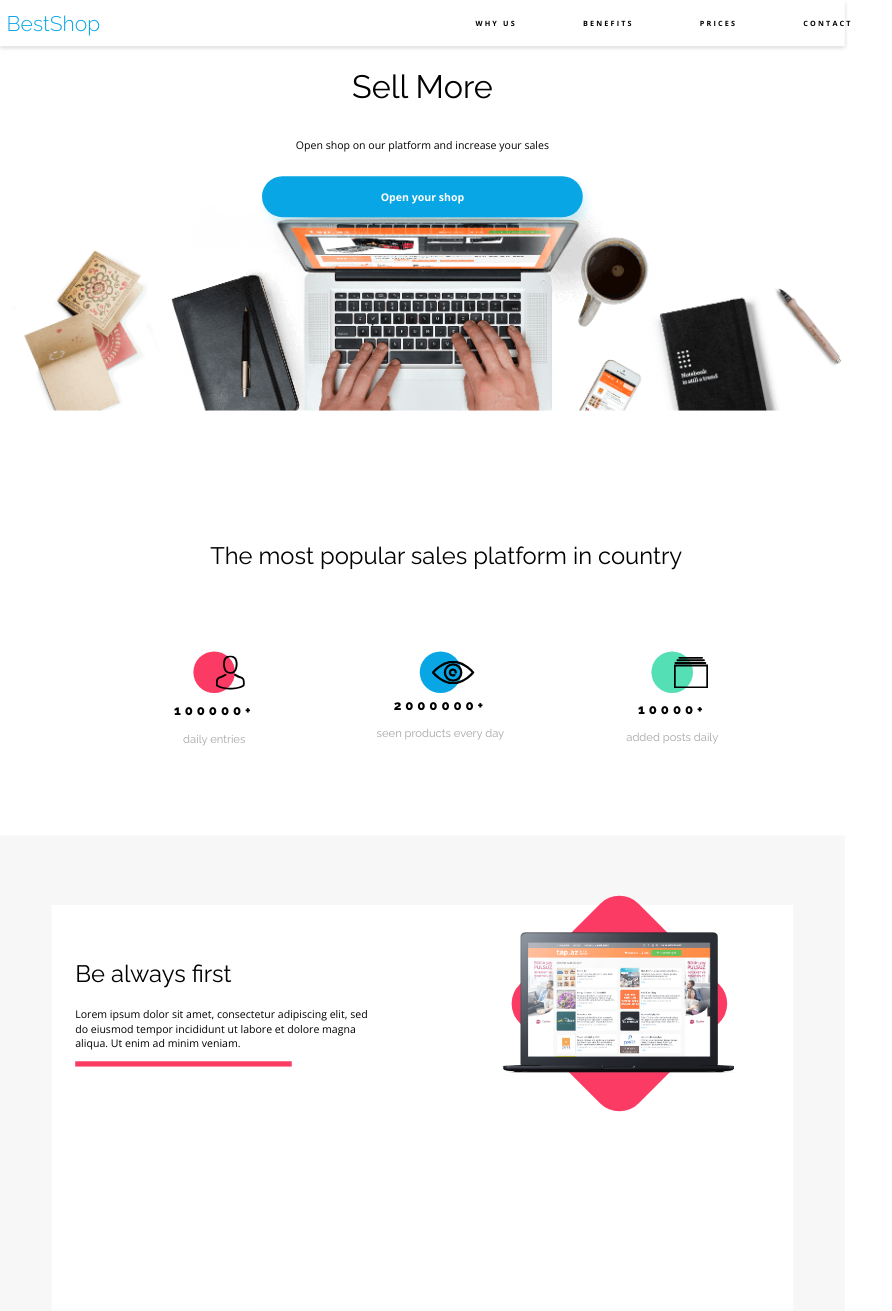
Repository: Widzisz/bestshop-website
Page: index.html
These files come from the project's save history. The page is drawn as it stood at one moment and after the next save; the edit follows.
The browser window is 1280 px wide. The page is 1352 px wide, so the pictures cover 1352 px, including what lies to the right of the window. The pictures show the whole page, at 66% of full size.

Above is the page before, as saved 2021-03-19 21:26:41.

After the next save:
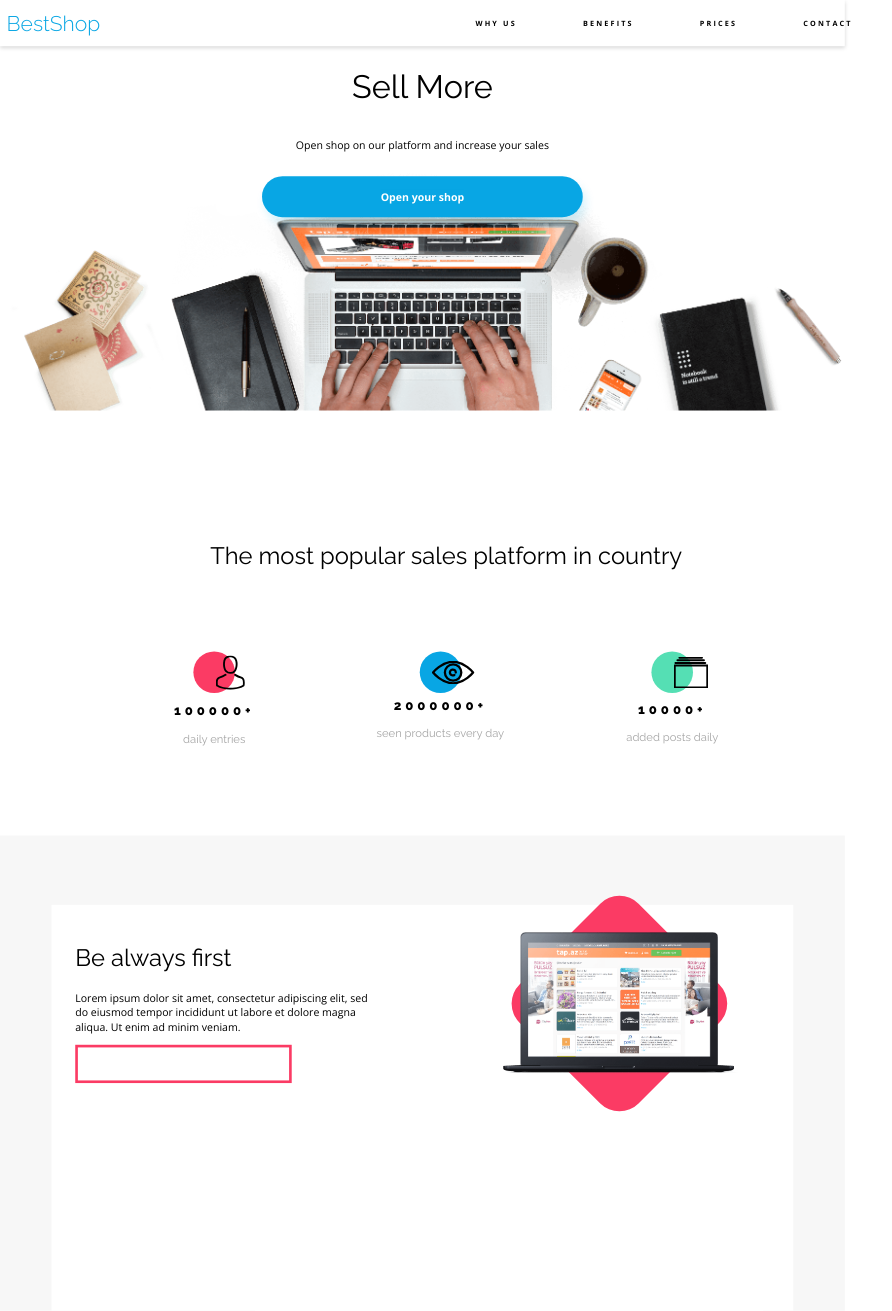
Saved 24 s later.
--- a/css/style.css
+++ b/css/style.css
@@ -325,5 +325,6 @@ body {
   width: 328px;
   height: 0px;
   border: 4px solid var(--c-redish);
-  opacity: 1;
-}
+  padding-top: 50px;
+  opacity: 1;
+}
